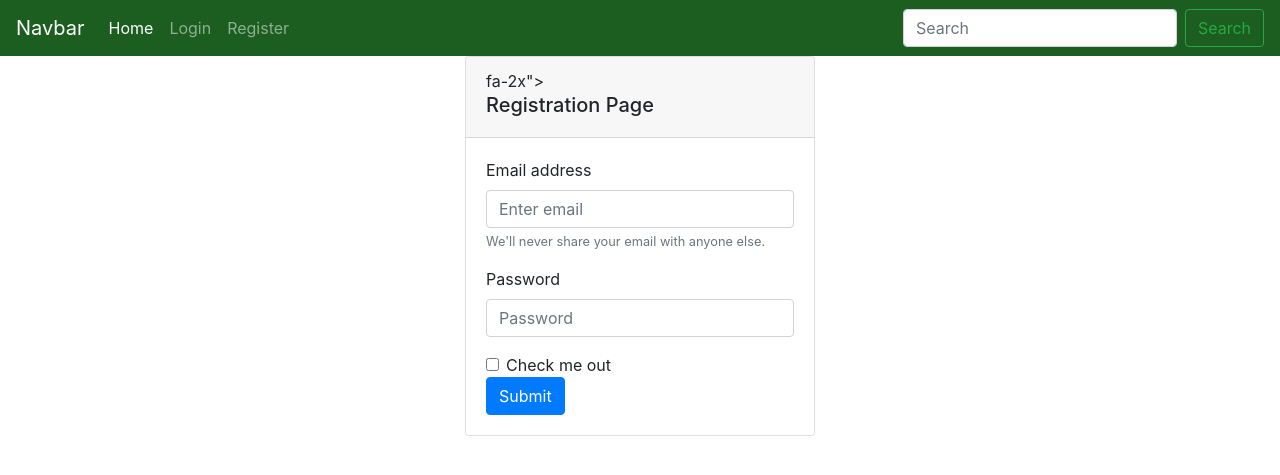
Repository: Chandnim0712/Ecommerce-Spring-Boot-Project
Page: http://localhost/LoginPage/register.jsp
An editor plug-in stored every save of this project. The page is shown before and after a run of saves, followed by the edit.
The browser window is 1280 px wide. The pictures show the whole page.
The page is served by Tomcat 9.

Above is the page before, as saved 2025-06-11 20:12:13.

After the next 2 saves:
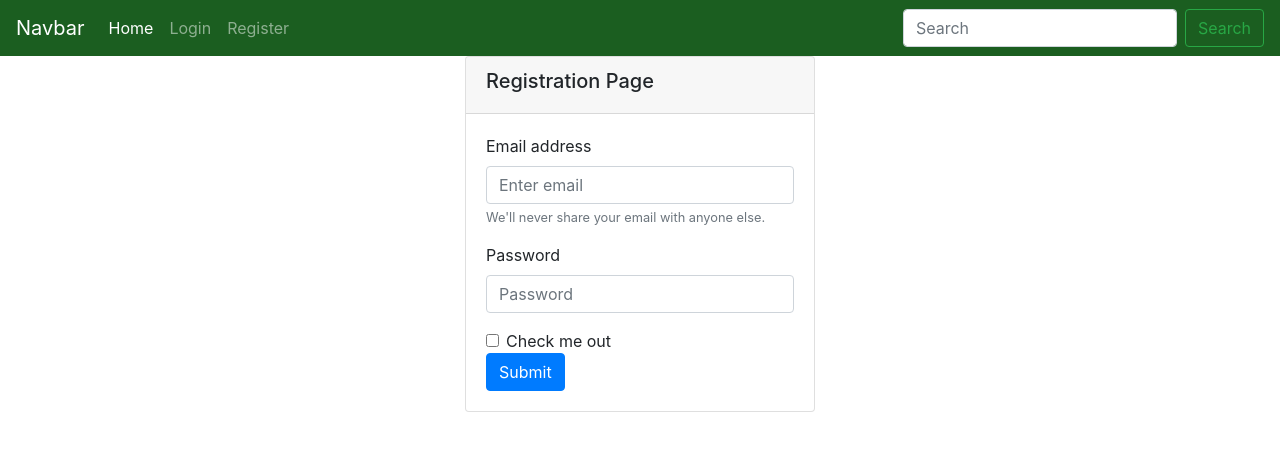
The 2 saves are shown as one change because they came seconds apart.
The last was saved 18 s later.
--- a/LoginPage/src/main/webapp/register.jsp
+++ b/LoginPage/src/main/webapp/register.jsp
@@ -51,7 +51,7 @@
 			<div class="col-md-4 offset-md-4">
 				<div class="card">
 					<div class="card-header">
-						<i class="<i class="fa-solid fa-circle-user"></i> fa-2x"></i>
+						<i class="fa-solid fa-circle-user" fa-2x"></i>
 						<h5>Registration Page</h5>
 					</div>
 					<div class="card-body">
